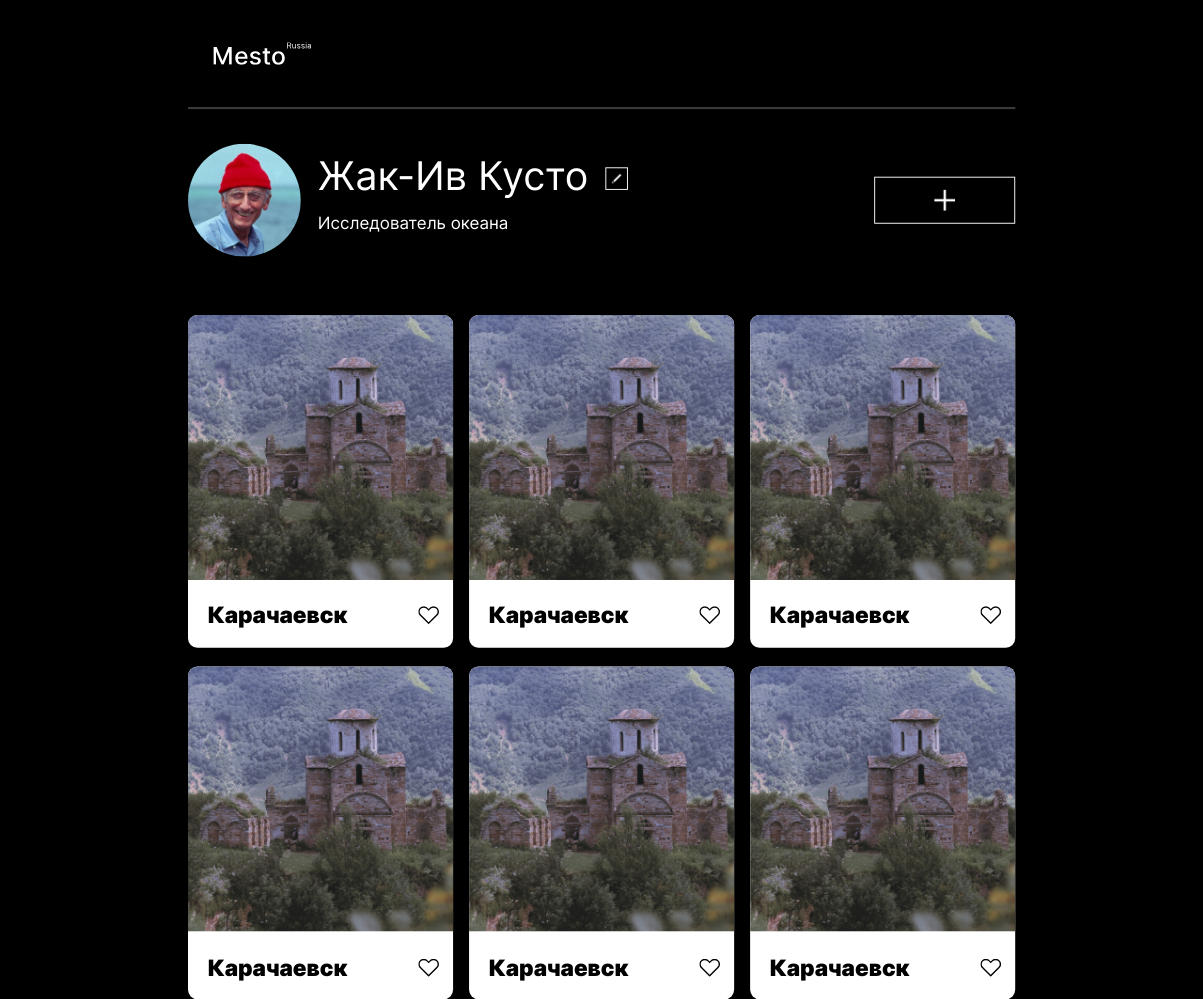
Repository: dyond/mesto
Page: index.html
An editor plug-in stored every save of this project. The page is shown before and after a run of saves, followed by the edit.
The browser window is 1280 px wide. The pictures show the whole page, at 94% of full size.

Above is the page before, as saved 2022-11-28 19:51:42.

After the next 2 saves:
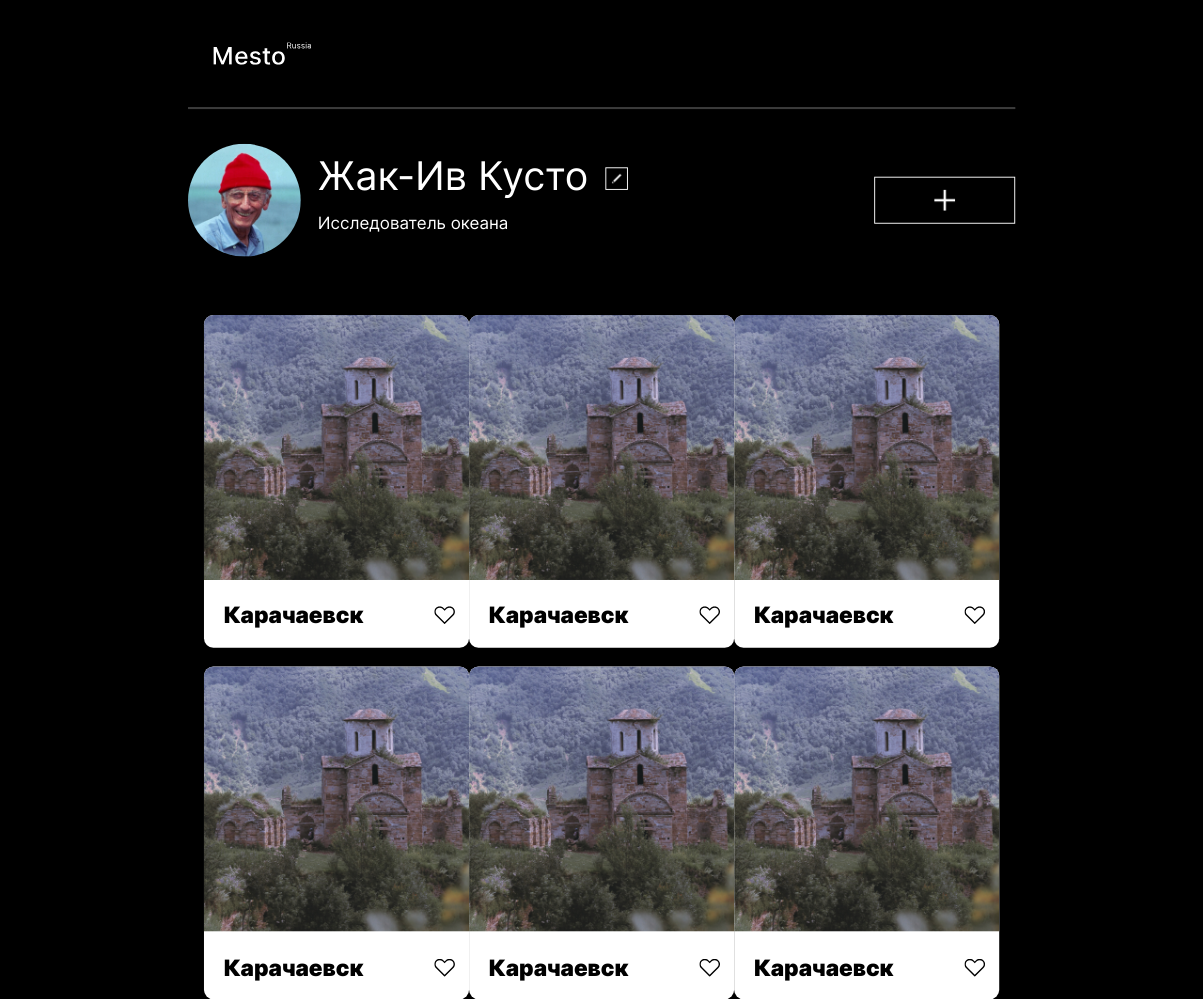
The 2 saves are shown as one change because they came seconds apart.
The last was saved 19 s later.
--- a/blocks/cards/cards.css
+++ b/blocks/cards/cards.css
@@ -1,7 +1,7 @@
 .cards{
   display: grid;
   grid-template-columns: repeat(auto-fill, 282px);
-  gap: 20px 17px;
+  row-gap: 20px;
   justify-content: center;
 }
 

After the save that followed:
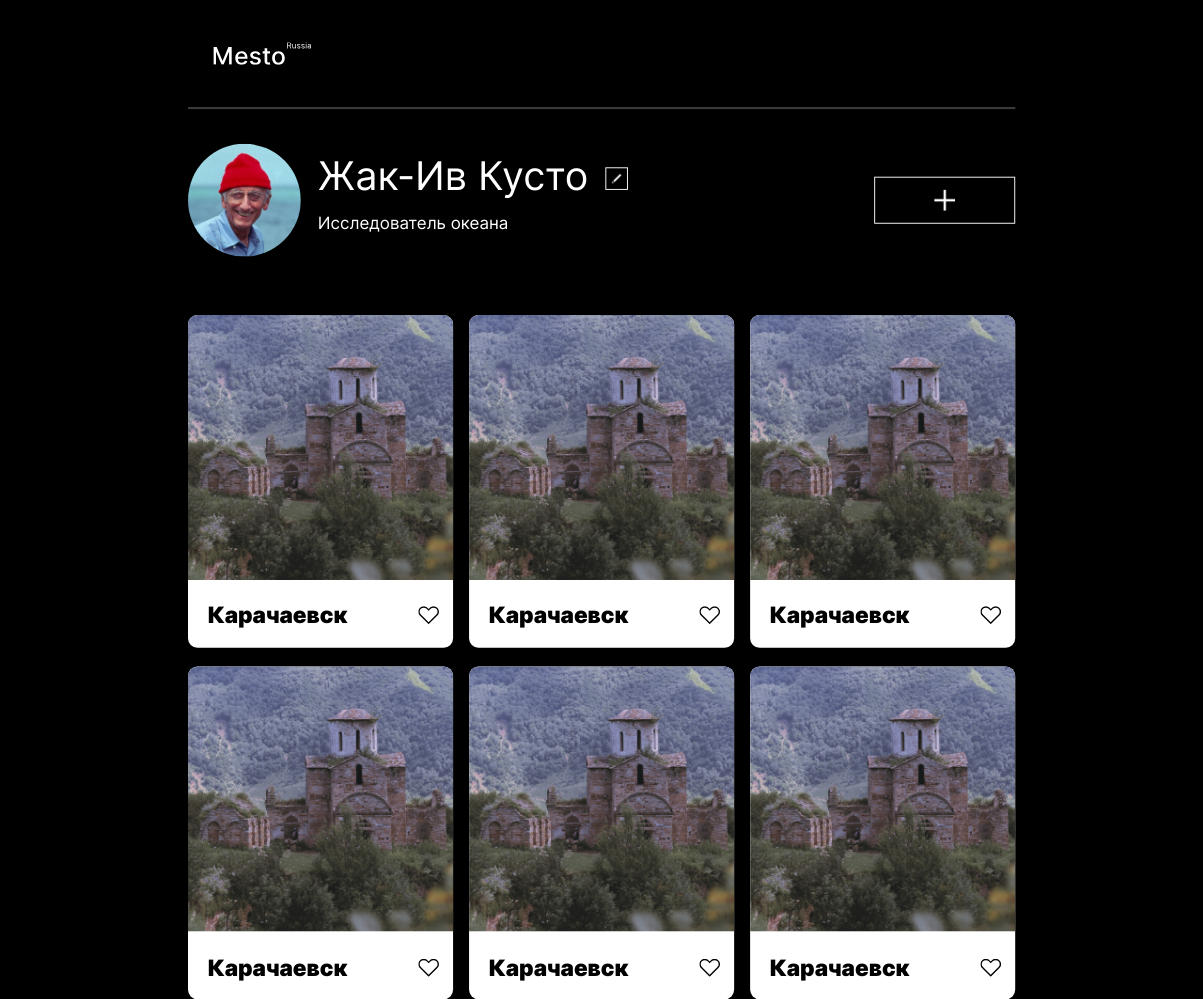
Saved 10 s later.
--- a/blocks/cards/cards.css
+++ b/blocks/cards/cards.css
@@ -1,7 +1,7 @@
 .cards{
   display: grid;
   grid-template-columns: repeat(auto-fill, 282px);
-  row-gap: 20px;
+  gap: 20px 17px;
   justify-content: center;
 }
 
